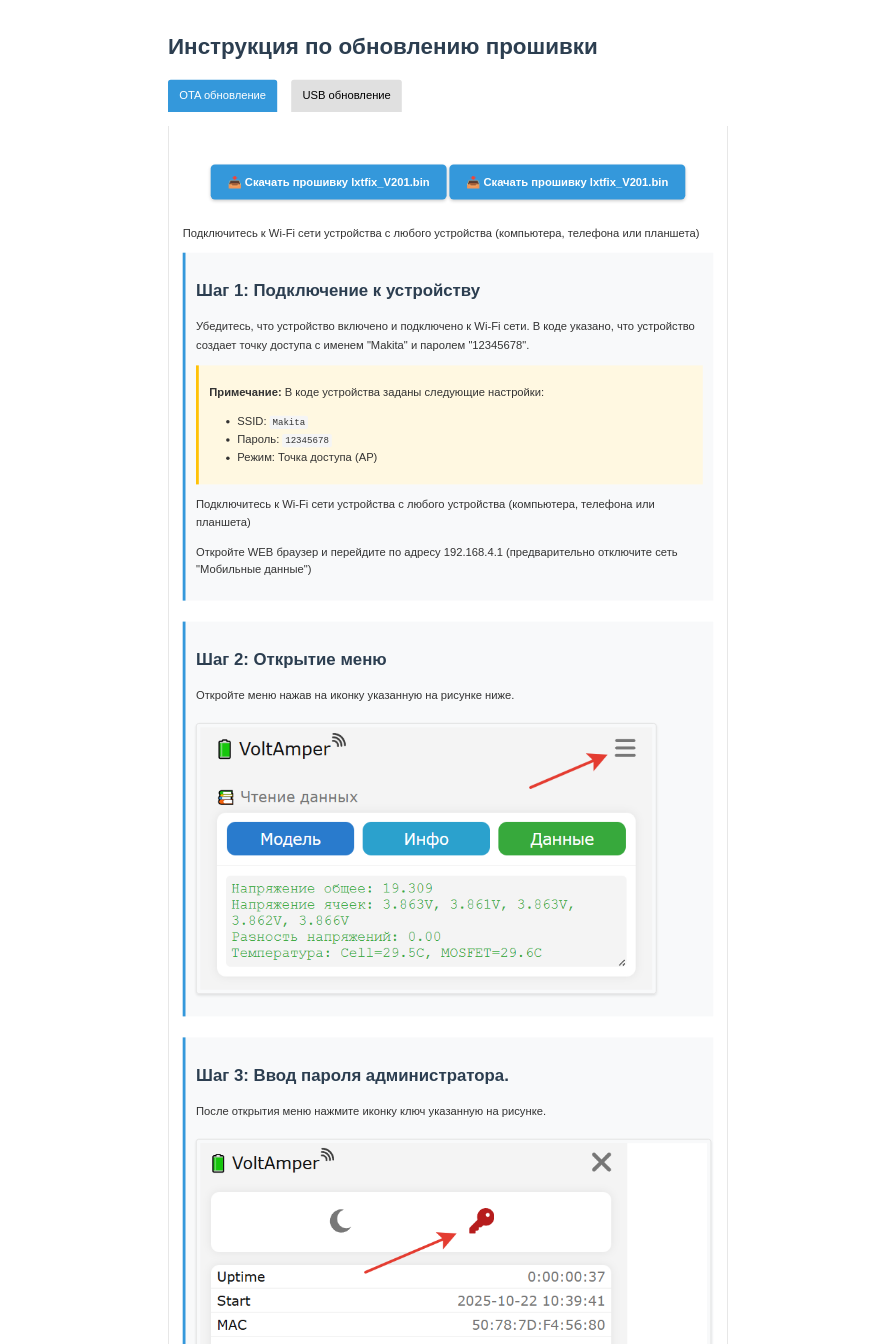
Repository: NikElectronics/ELIXStoFIX
Page: firmware.html
The author's editor kept a copy of each file at every save. The page is drawn from the files as they stood at one save, then again after the next save.
The browser window is 1280 px wide. The pictures show the part of the page from y = 0 to 1920 px (the page is 5601 px tall), at 70% of full size.

Above is the page before, as saved 2026-01-19 05:07:05.

After the next save:
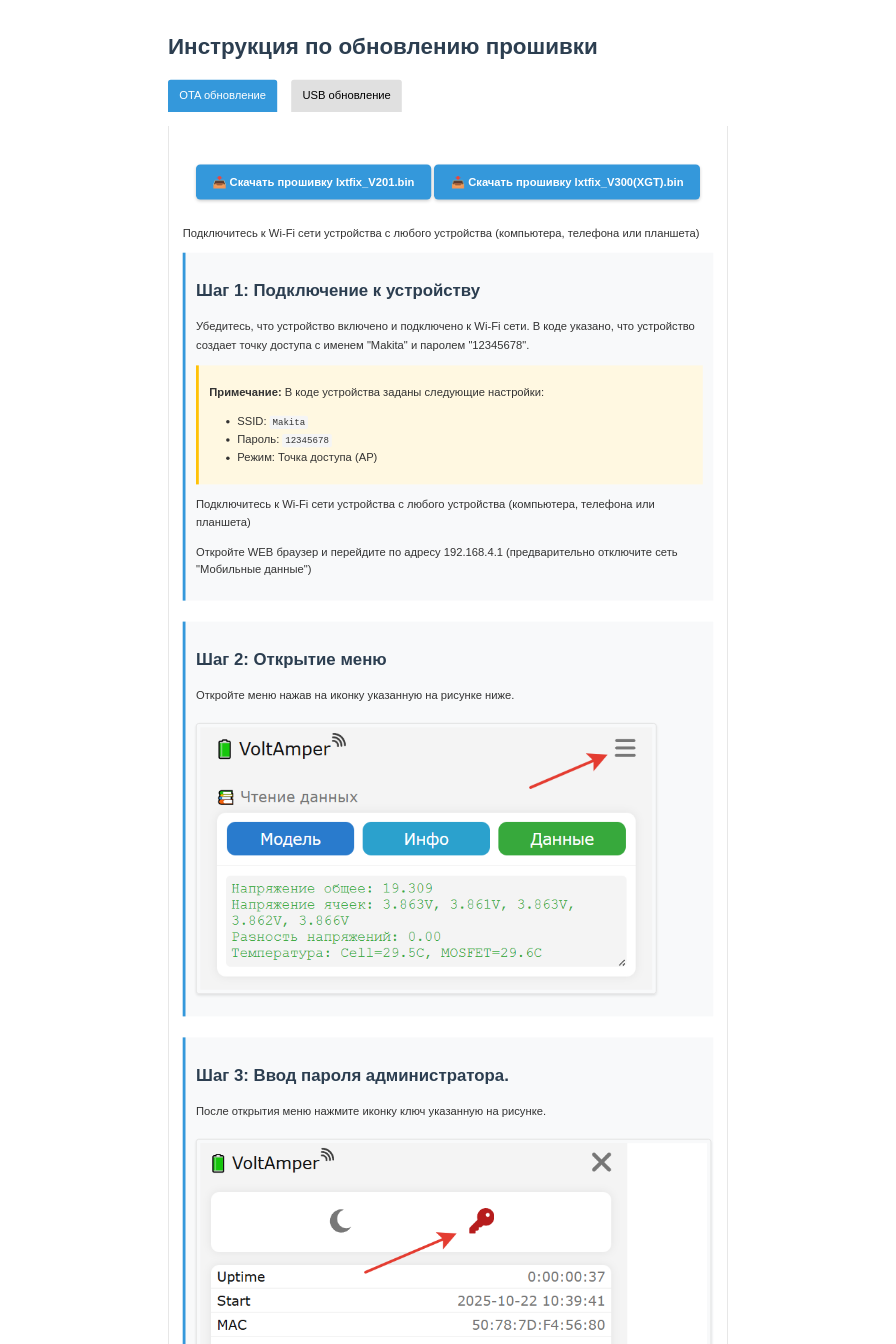
Saved 37 s later.
--- a/firmware.html
+++ b/firmware.html
@@ -178,7 +178,7 @@
                 📥 Скачать прошивку lxtfix_V201.bin
             </a>
             <a href="files/lxtfix_V3.0(XGT).bin" download class="download-btn">
-                📥 Скачать прошивку lxtfix_V201.bin
+                📥 Скачать прошивку lxtfix_V300(XGT).bin
             </a>
         </div>
 
